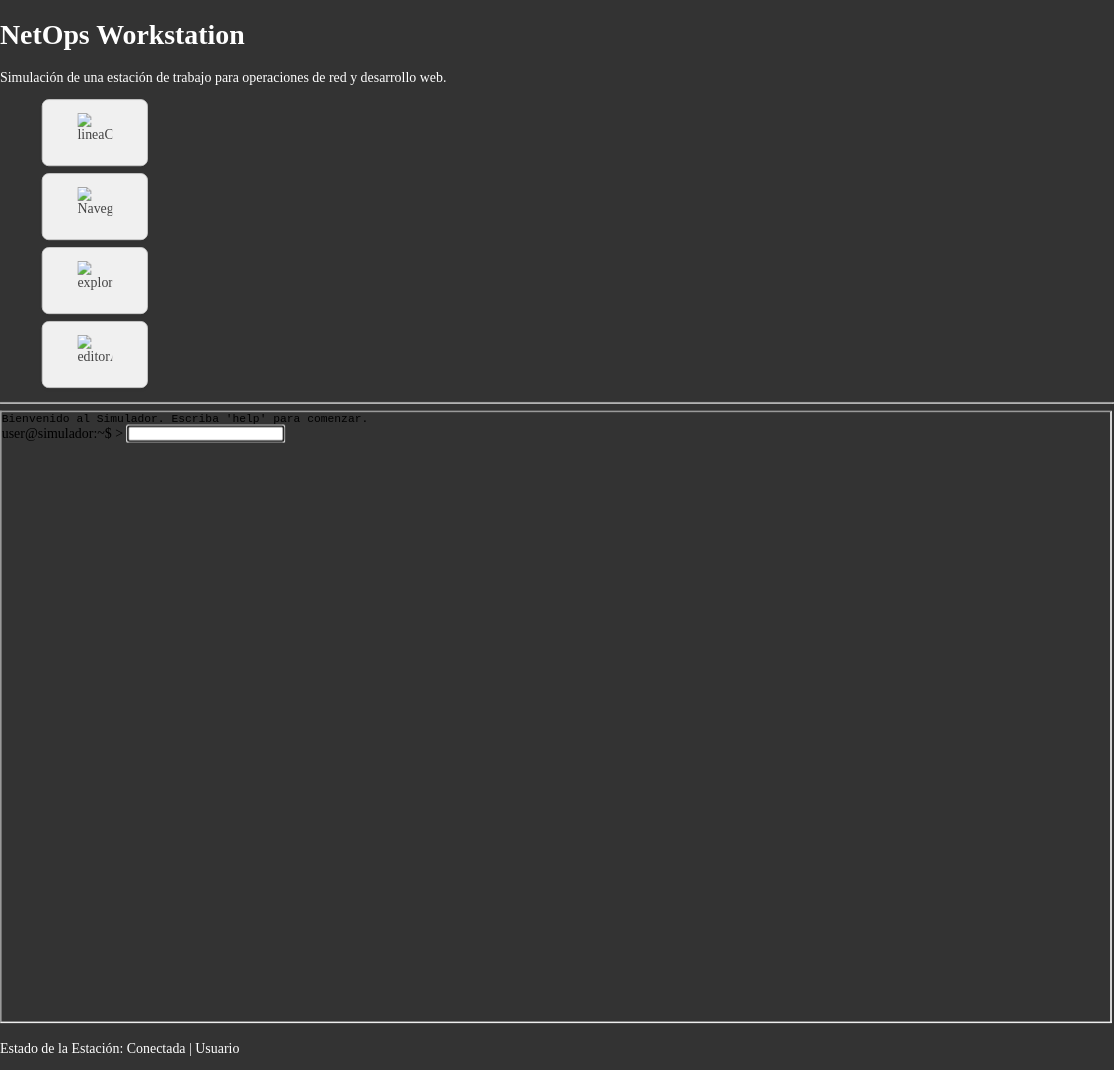
Repository: ValdezGalia/ProgramacionWebUcab
Page: lan-01.html
These files come from the project's save history. The page is drawn as it stood at one moment and after a run of saves; the edit follows.
The browser window is 1280 px wide. The pictures show the whole page, at 87% of full size.

Above is the page before, as saved 2025-11-13 16:25:32.

After the next 2 saves:
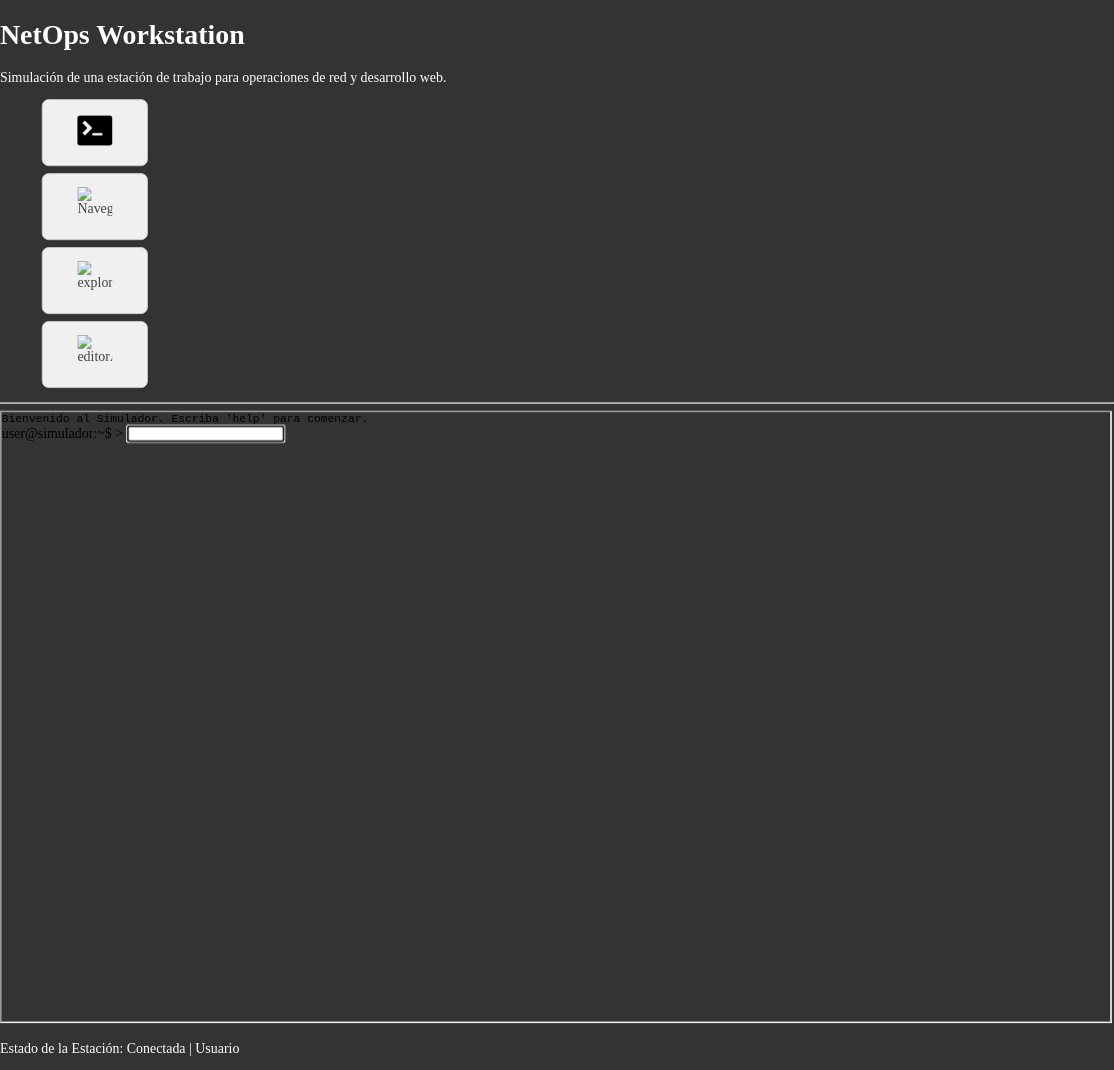
The 2 saves are shown as one change because they came seconds apart.
The last was saved 14 s later.
--- a/lan-01.html
+++ b/lan-01.html
@@ -20,7 +20,7 @@
 
         <nav id="app-navigation" aria-label="Aplicaciones de la estación de trabajo">
             <ul id="app-list">
-                <li><a href="#" data-tool="lineaComandos"><img src="" class="app-icon" alt="lineaComandos"></a></li>
+                <li><a href="#" data-tool="lineaComandos"><img src="assets/img/terminal.png" class="app-icon" alt="lineaComandos"></a></li>
                 <li><a href="#" data-tool="navegador"><img src="" class="app-icon" alt="Navegador"></a></li>
                 <li><a href="#" data-tool="exploradorArchivos"><img src="" class="app-icon" alt="exploradorArchivos"></a></li>
                 <li><a href="#" data-tool="editorArchivo"><img src="" class="app-icon" alt="editorArchivo"></a></li>
